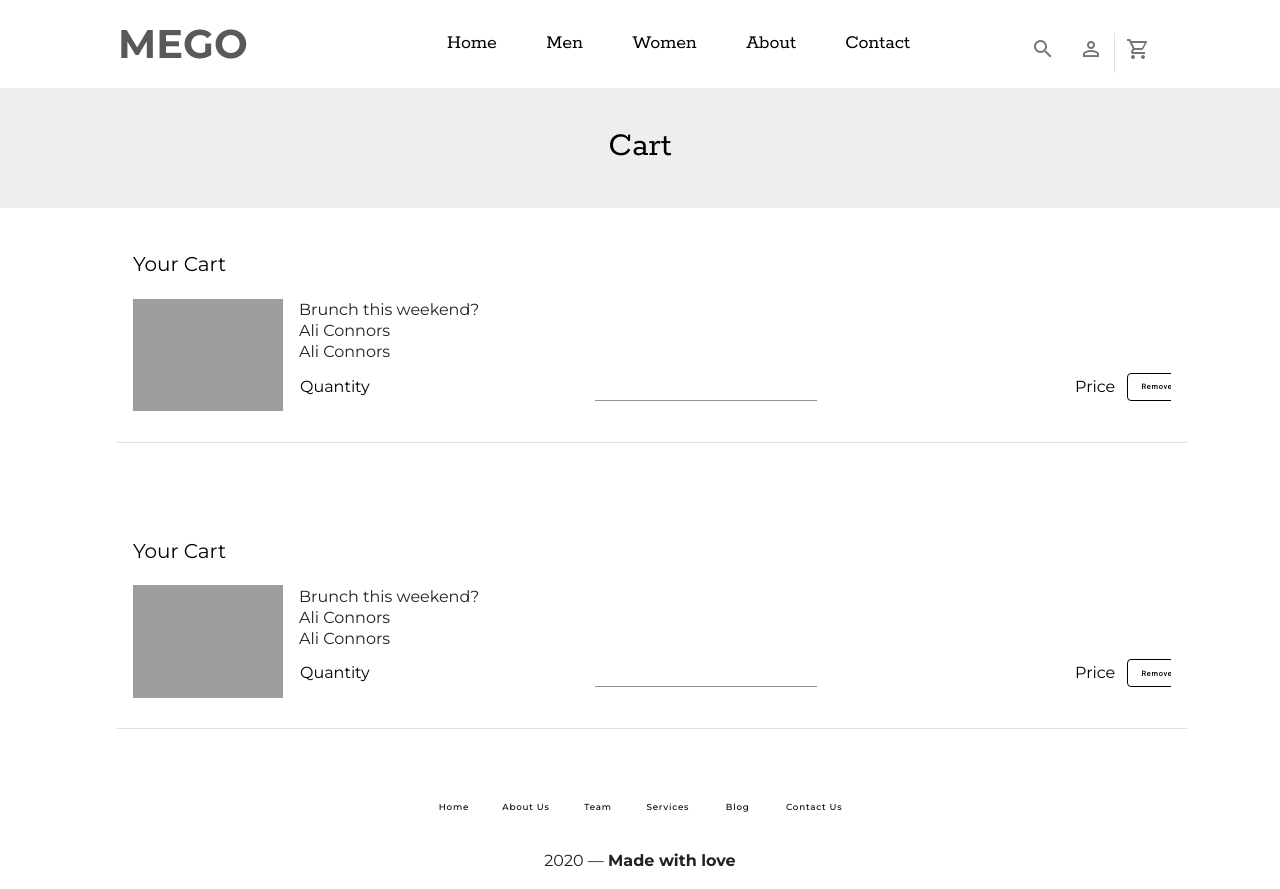
Repository: nguyenphuong152/mego-frontend
Page: /cart (app in frontend/)
An editor plug-in stored every save of this project. The page is shown before and after the next save, followed by the edit.
The browser window is 1280 px wide. The pictures show the whole page.
Pictures or frames that could not be fetched are drawn as grey boxes. The project was rebuilt for these pictures with package versions that can differ from the ones it lists, and the page was loaded fresh each time. Also part of the build but not shown: frontend/vue.config.js, frontend/src/components/Customer/Collection.vue, frontend/src/components/Customer/Banner.vue, frontend/src/components/Customer/BestSeller.vue, frontend/src/components/Customer/Partner.vue, frontend/src/views/Customer/Home.vue, frontend/src/components/Customer/ProductCategory.vue, frontend/src/components/Customer/ProductView.vue and 10 more. Imported but missing from the stored project, and not drawn on this page: frontend/src/views/Admin/Category.vue, frontend/src/views/Admin/ManageProduct.vue, frontend/src/views/Admin/ManageUser.vue, frontend/src/views/Admin/OrderList.vue.

Above is the page before, as saved 2020-11-26 16:58:30.

After the next save:
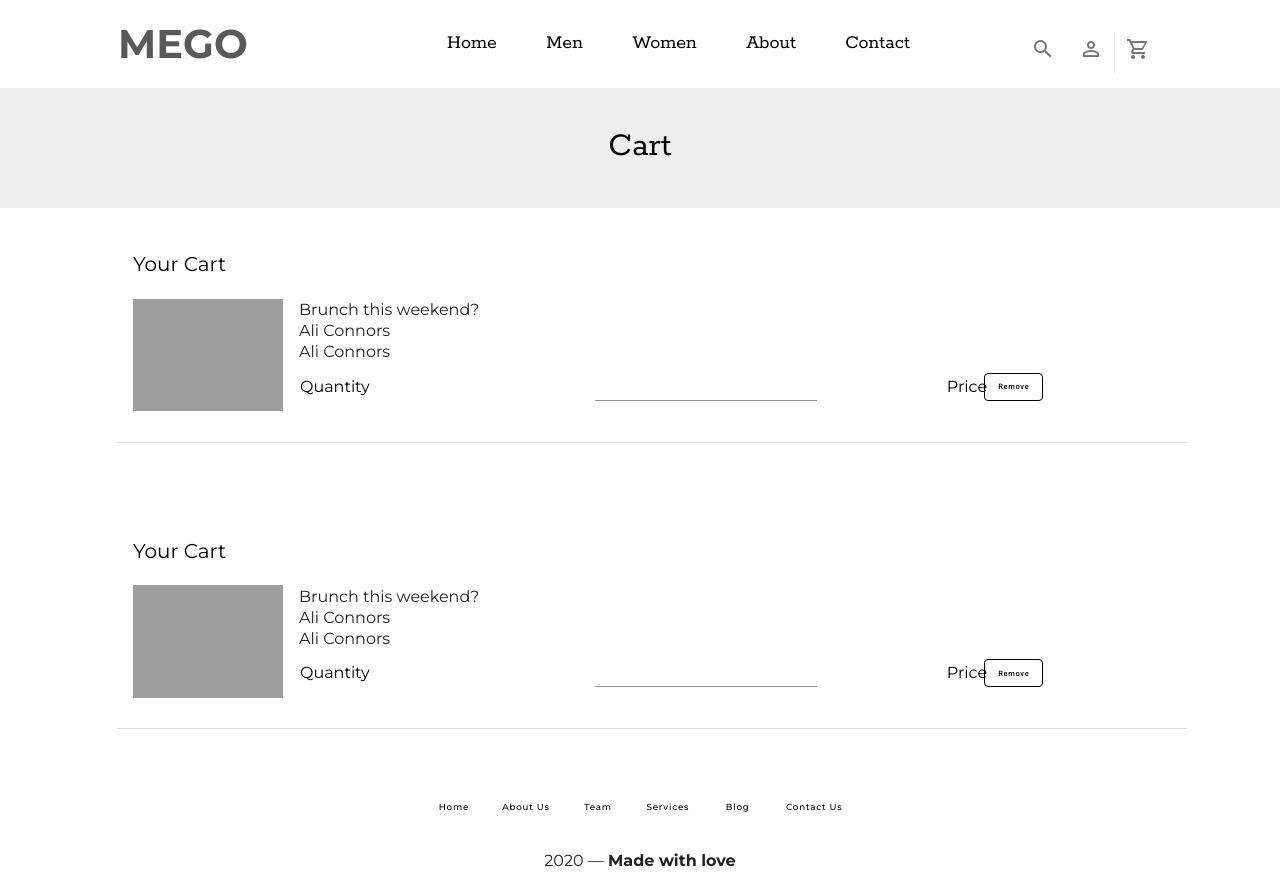
Saved 36 s later.
--- a/frontend/src/components/Customer/TotalProducts.vue
+++ b/frontend/src/components/Customer/TotalProducts.vue
@@ -36,9 +36,11 @@
               <v-col class="text-end admin">
                 <a> Price</a>
               </v-col>
-            <v-btn small  outlined color="black">
+              <v-row>
+                 <v-btn small  outlined color="black">
               Remove
             </v-btn>
+              </v-row>
             </v-row>
 
           </v-list-item-content>
